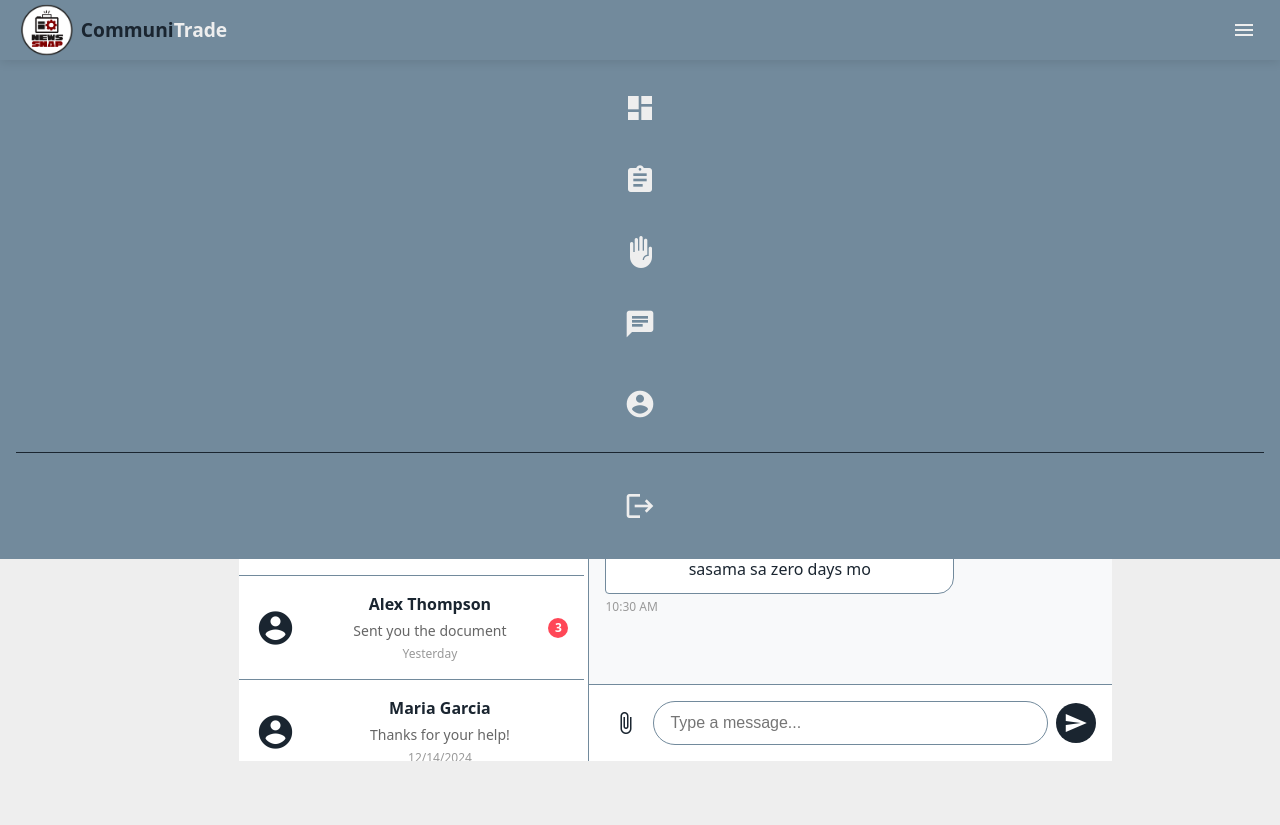
Repository: wholaanmo/news-snap
Page: /message
An editor plug-in stored every save of this project. The page is shown before and after the next save, followed by the edit.
The browser window is 1280 px wide. The pictures show the whole page.
The project was rebuilt for these pictures with package versions that can differ from the ones it lists, and the page was loaded fresh each time. Also part of the build but not shown: src/components/AdminNavbar.vue, src/components/AdminSidebar.vue, src/layouts/AdminLayout.vue.

Above is the page before, as saved 2025-10-15 19:59:43.

After the next save:
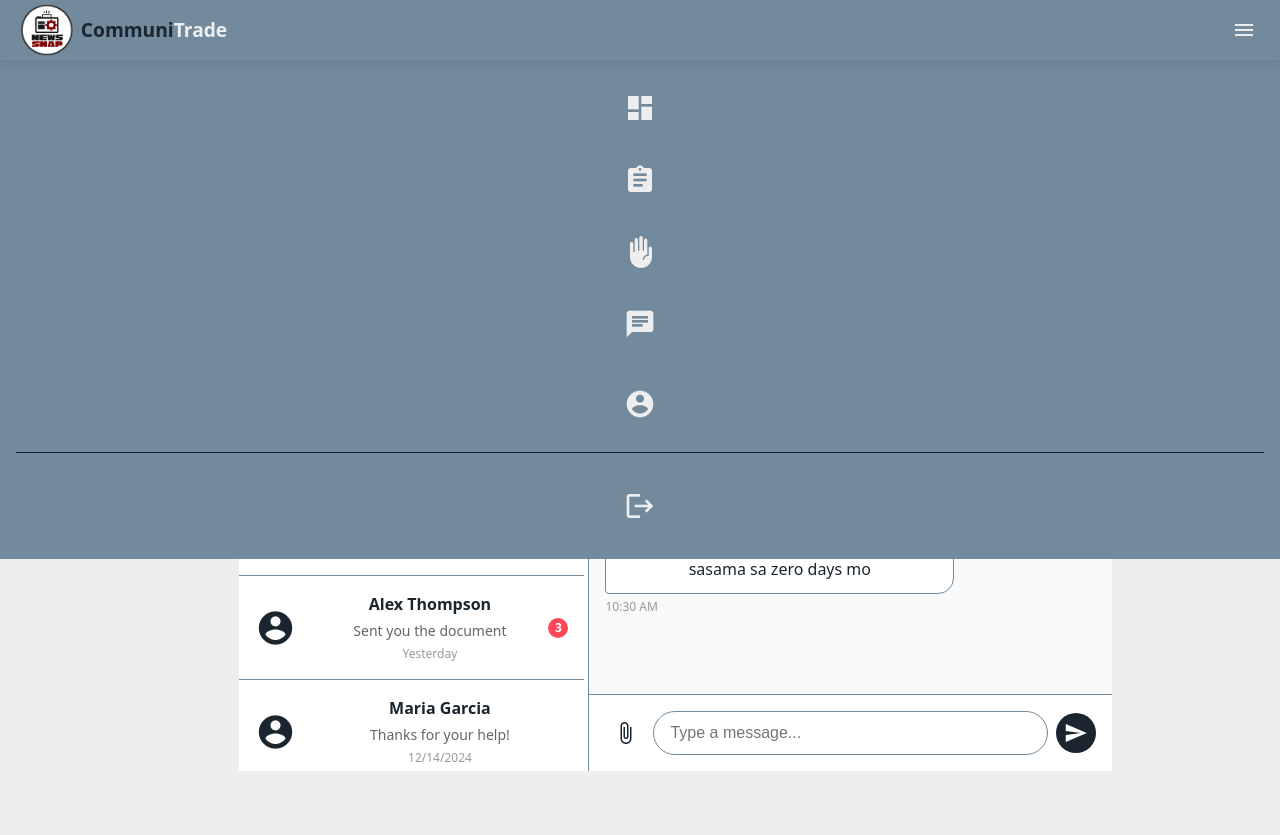
Saved 7 s later.
--- a/src/views/message.vue
+++ b/src/views/message.vue
@@ -335,7 +335,7 @@ onMounted(() => {
 <style scoped>
 .message-page {
   display: flex;
-  height: calc(100vh - 50px);
+  height: calc(100vh - 40px);
   margin-top: -3px;
   background-color: var(--light);
 }
